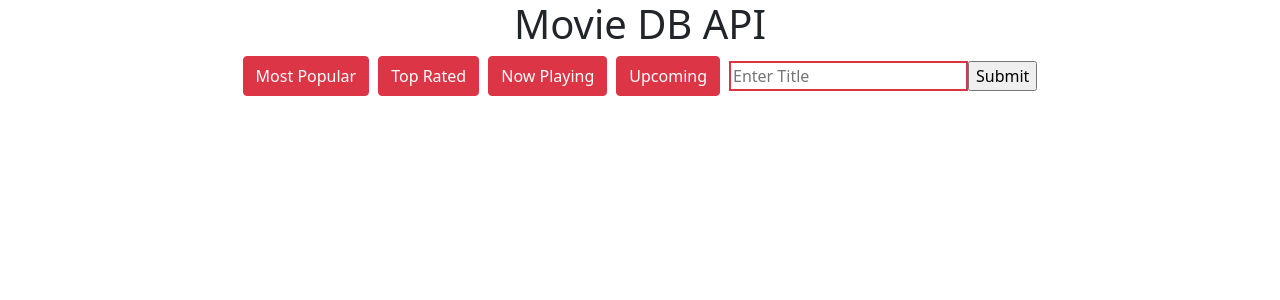
Repository: chaampavictor/moviedbapi
Page: /
The author's editor kept a copy of each file at every save. The page is drawn from the files as they stood at one save, then again after the next save.
The browser window is 1280 px wide. The pictures show the whole page.
The page's requests for data from a server got no answer. The project was rebuilt for these pictures with package versions that can differ from the ones it lists, and the page was loaded fresh each time. No one was signed in, and anything a server would have sent is missing.

Above is the page before, as saved 2022-01-13 13:09:40.

### src/App.js
import React, { useEffect, useState } from "react";
import axios from "axios";
import "./App.css";
import "bootstrap/dist/css/bootstrap.min.css";
import Modal from "react-bootstrap/Modal";
import Container from "react-bootstrap/Container";
import Row from "react-bootstrap/Row";
import Col from "react-bootstrap/Col";
import Button from "react-bootstrap/Button";
import { Search } from "./components/search";
const api_key = "872c70d736d1ef4484522f734137927d";
const BASE_URL = "https://api.themoviedb.org/3";
const getImage = (path) => `https://image.tmdb.org/t/p/w300/${path}`;

function App() {
  const [data, setData] = useState([]);
  const [details, setDetails] = useState([]);
  const [isLoading, setLoading] = useState(false);
  const [show, setShow] = useState(false);
  const [search, setSearch] = useState("");

  const handleClose = () => setShow(false);

  const api = axios.create({ baseURL: BASE_URL });

  const getUpcoming = api.get("/movie/popular", { params: { api_key } });
  const getgenre = api.get("/genre/movie/list", { params: { api_key } });

  useEffect(() => {
    getUpcoming.then((res) => {
      setData(res.data.results);
    });

    getgenre.then((res) => {
      // setData(res.data.results);
      console.log("get genre", res);
    });
  }, []);

  const GetMostPopular = () => {
    const toprated = api.get("/movie/popular", { params: { api_key } });
    toprated.then((res) => {
      console.log("get popular", res.data.results);
      setData(res.data.results);
    });
  };

  const GetTopRated = (res) => {
    const toprated = api.get("/movie/top_rated", { params: { api_key } });
    toprated.then((res) => {
      console.log("get top rated", res.data.results);
      setData(res.data.results);
    });
  };

  const GetPlaying = () => {
    const latest = api.get("movie/now_playing", { params: { api_key } });
    latest.then((res) => {
      console.log("now_playing movies", res.data);
      setData(res.data.results);
    });
  };

  const GetUpcoming = () => {
    const latest = api.get("movie/upcoming", { params: { api_key } });
    latest.then((res) => {
      console.log("latest movies", res.data);
      setData(res.data.results);
    });
  };

  const searchMovie = async (e) => {
    e.preventDefault();
    const query = "avengers";
    const latest = api.get("search/movie", { params: { api_key, query } });
    latest.then((res) => {
      setData(res.data.results);
    });
  };
  return (
    <div className="App">
      <h1 style={{ textAlign: "center" }}>Movie DB API</h1>
      <header>
        <div
          style={{
            display: "flex",
            justifyContent: "center",
            alignItems: "center",
            marginBottom: "12px",
          }}
        >
          <Button
            variant="danger"
            className="filterbutton"
            onClick={GetMostPopular}
          >
            Most Popular
          </Button>
          <Button
            variant="danger"
            className="filterbutton"
            onClick={GetTopRated}
          >
            Top Rated
          </Button>
          <Button
            variant="danger"
            className="filterbutton"
            onClick={GetPlaying}
          >
            {" "}
            Now Playing
          </Button>
          <Button
            variant="danger"
            className="filterbutton"
            onClick={GetUpcoming}
          >
            {" "}
            Upcoming
          </Button>

          <Search />
        </div>
        <Modal
          dialogClassName="modal-90w"
          aria-labelledby="example-custom-modal-styling-title"
          centered
          show={show}
          onHide={handleClose}
          animation={true}
        >
          <Row>
            <Col>
              <img
                src={getImage(details.poster_path)}
                alt="Nature"
                style={{ width: "100%", height: "466px" }}
              />
            </Col>
          </Row>
          <Container>
            <Row>
              <Col>
                <h4>{details.original_title}</h4>
                <p> release date: {details.release_date}</p>
                <p> popularity: {details.popularity}</p>

                <p> {details.overview}</p>
              </Col>
            </Row>
          </Container>
        </Modal>
        <div
          className="explore-card-columns  container-fluid"
          style={{ marginBottom: "100px" }}
        >
          {data.map((movie) => (
            <div className="item">
              <div class="hover01 column">
                <div>
                  <figure>
                    <img
                      onClick={() => {
                        console.log("record being passed", movie);
                        setShow(true);
                        setDetails(movie);
                      }}
                      src={getImage(movie.poster_path)}
                      alt="poster"
                      className="image-item"
                    />
                  </figure>
                </div>
              </div>
            </div>
          ))}
        </div>
      </header>
    </div>
  );
}

export default App;

### src/App.css
.explore-nav {
  padding-top: 30px;
}

.item {
  margin-bottom: 15px;
}

.image-item:hover {
  opacity: 0.5;
}

.container {
  position: relative;
  width: 50%;
}

.modalcontainer {
  background-color: red;
  position: relative;
  font-family: Arial;
}

.searchbutton {
  border: 2px solid #dc3545;
}

.text-block {
  position: absolute;
  bottom: 260px;
  height: 210px;
  /* right: 150px; */
  /* background-color: #000000db; */
  color: white;
  padding-left: 20px;
  padding-right: 20px;
}

.image-item {
  opacity: 1;
  display: block;
  width: 100%;
  height: auto;
  transition: 0.5s ease;
  backface-visibility: hidden;
  border-radius: 52px;
  cursor: pointer;
}

.container:hover .image {
  opacity: 0.3;
}

.container:hover .middle {
  opacity: 1;
}

.text {
  background-color: red;
  color: white;
  font-size: 16px;
  padding: 16px 32px;
}

.modal-header {
  display: flex;
  flex-shrink: 0;
  align-items: center;
  justify-content: space-between;
  padding: 1rem 1rem;
  border-bottom: none !important;
  border-top-left-radius: calc(0.3rem - 1px);
  border-top-right-radius: calc(0.3rem - 1px);
}

.filterbutton {
  height: 40px;
  margin-right: 9px;
  background: red;
  border: red 1px solid;
  border-radius: 5px;
  color: white;
  font-weight: bolder;
}

.figure {
  width: 200px;
  height: 150px;
  margin: 0;
  padding: 0;
  background: #fff;
  overflow: hidden;
}
.figure:hover + span {
  bottom: -36px;
  opacity: 1;
}

/* Zoom In #1 */
.hover01 figure img {
  -webkit-transform: scale(0.9);
  transform: scale(1);
  -webkit-transition: 0.3s ease-in-out;
  transition: 0.3s ease-in-out;
}
.hover01 figure:hover img {
  -webkit-transform: scale(1);
  transform: scale(1.04);
}

.explore-body .card-body:hover {
  /* color: #30adb4; */
  background: "#32c709";
}

.card {
  border: 0px solid rgba(0, 0, 0, 0.125) !important;
}

.user-reaction div {
  padding-right: 20px;
}

.explore-card-columns .card {
  margin-bottom: 0.79rem;
}
@media screen and (min-width: 992px) {
  .explore-card-columns {
    -webkit-column-count: 4;
    -moz-column-count: 4;
    column-count: 4;
    -webkit-column-gap: 1.25rem;
    -moz-column-gap: 1.25rem;
    column-gap: 1.25rem;
  }
  .explore-card-columns .card {
    display: inline-block;
    width: 100%;
  }
}
@media screen and (max-width: 992px) {
  .explore-card-columns {
    -webkit-column-count: 2;
    -moz-column-count: 2;
    column-count: 2;
  }
}
@media screen and (max-width: 600px) {
  .explore-card-columns {
    -webkit-column-count: 1;
    -moz-column-count: 1;
    column-count: 1;
  }
}

### src/components/search.js
import React, { useState } from "react";
import "../App.css";

export function Search(props) {
  const [name, setName] = useState("");

  const handleSubmit = (evt) => {
    evt.preventDefault();
    alert(`Submitting Name ${name}`);
  };
  return (
    <form onSubmit={handleSubmit}>
      <label>
        <input
          type="text"
          value={name}
          onChange={(e) => setName(e.target.value)}
          placeholder="Enter Title "
          className="searchbutton"
        />
      </label>
      <input type="submit" value="Submit" />
    </form>
  );
}

Loaded but not shown: public/index.html (common file); src/index.js (common file); src/index.css (common file); src/reportWebVitals.js (common file)

After the next save:
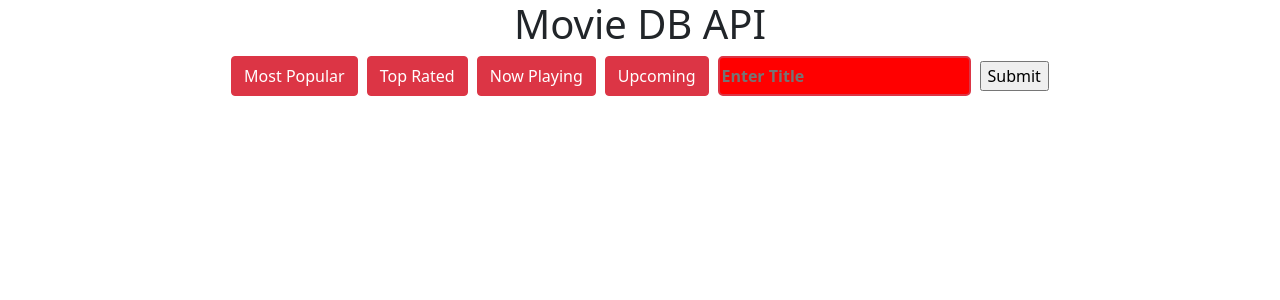
Saved 53 s later.
--- a/src/App.css
+++ b/src/App.css
@@ -23,6 +23,14 @@
 
 .searchbutton {
   border: 2px solid #dc3545;
+
+  height: 40px;
+  margin-right: 9px;
+  background: red;
+
+  border-radius: 5px;
+
+  font-weight: bolder;
 }
 
 .text-block {
